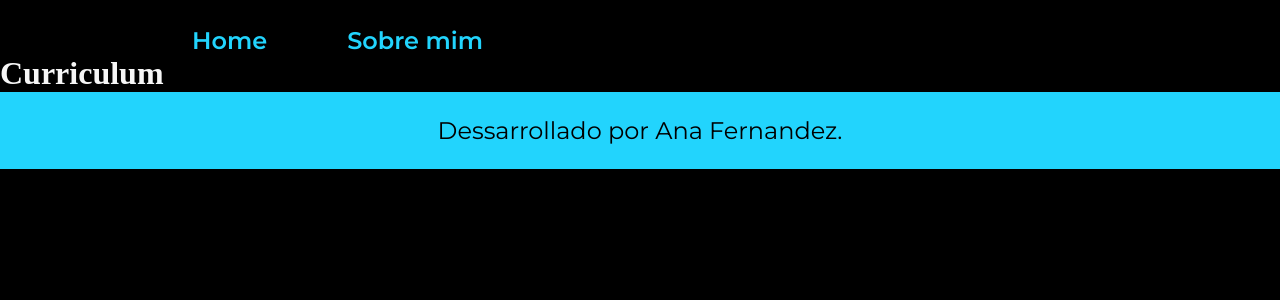
Repository: AnaFzCz/Portifolio-HTML-CSS-dinamico
Page: about.html
The author's editor kept a copy of each file at every save. The page is drawn from the files as they stood at one save, then again after the next save.
The browser window is 1280 px wide. The pictures show the whole page.
Some web fonts or font styles are not loaded; a fallback is used.

Above is the page before, as saved 2025-02-10 09:25:40.

### about.html
<!DOCTYPE html>
<html lang="en">

<head>
    <meta charset="UTF-8">
    <meta http-equiv="X-UA-Compatible" content="IE=edge">
    <meta name="viewport" content="width=device-width, initial-scale=1.0">
    <title>Sobre mim</title>
    <link rel="stylesheet" href="./styles/style.css">
</head>

<body>
    <header class="cabecalho">
        <nav class="cabecalho__menu">
            <a class="cabecalho__menu__link" href="index.html">Home</a>
            <a class="cabecalho__menu__link" href="about.html">Sobre mim</a>
        </nav>
    </header>
    <main>

        <h1>Curriculum</h1>


    </main>
    <footer class="rodape">
        <p>
            Dessarrollado por Ana Fernandez.
        </p>
    </footer>
</body>

</html>

### styles/style.css
@import url('https://fonts.googleapis.com/css2?family=Krona+One&family=Montserrat:wght@400;600&display=swap');

* {
    margin: 0;
    padding: 0;
}

body {
    /* height: 100vh; */
    box-sizing: border-box;
    background-color: #000000;
    color: #F6F6F6;
}

.titulo-destaque {
    color: #22D4FD;
}

.cabecalho {
    padding: 2% 0% 0% 15%;
}

.cabecalho__menu {
    display: flex;
    gap: 80px;
    /* justify-content: center;
    align-items: center; */
}

.cabecalho__menu__link {
    font-size: 24px;
    font-family: 'Montserrat', sans-serif;
    color: #22D4FD;
    font-weight: 600;
    text-decoration: none;
}



/* .cabecalho__menu__link:hover {
    color: #007bff;
}



.cabecalho__menu__link {
    padding: 10px 15px;
} */

.apresentacao {
    padding: 5% 15%;
    display: flex;
    align-items: center;
    justify-content: space-between;
}

.apresentacao__conteudo {
    width: 615px;
    display: flex;
    flex-direction: column;
    gap: 40px;
}

.apresentacao__conteudo__titulo {
    font-size: 36px;
    font-family: 'Krona One', sans-serif;
}

.apresentacao__conteudo__texto {
    font-size: 24px;
    font-family: 'Montserrat', sans-serif;
}

.apresentacao__links {
    display: flex;
    flex-direction: column;
    justify-content: space-between;
    align-items: center;
    gap: 32px;
}

.apresentacao__links__subtitulo {
    font-family: 'Krona One', sans-serif;
    font-weight: 400;
    font-size: 24px;
}

.apresentacao__links__link {
    /* background-color: #22D4FD; */
    display: flex;
    justify-content: center;
    gap: 16px;
    border: 2px solid #22D4FD;
    width: 378px;
    text-align: center;
    border-radius: 8px;
    font-size: 24px;
    font-weight: 600;
    padding: 21.5px 0;
    text-decoration: none;
    color: #F6F6F6;
    font-family: 'Montserrat', sans-serif;
}

.apresentacao__links__link:hover {
    cursor: pointer;
    background-color: #272727;
    border: 2px solid #0000FF;
}

.rodape {
    padding: 24px;
    color: #000000;
    background-color: #22D4FD;
    text-align: center;
    font-family: 'Montserrat', sans-serif;
    font-size: 24px;
    font-weight: 400;
}

After the next save:
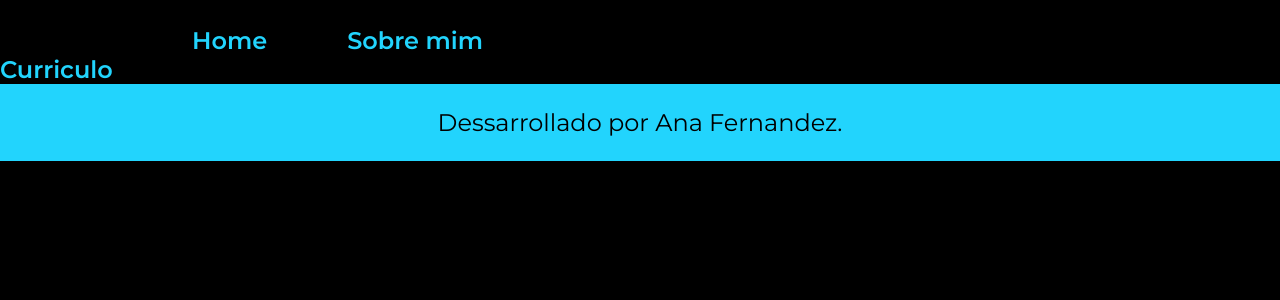
Saved 84 s later.
--- a/about.html
+++ b/about.html
@@ -18,8 +18,8 @@
     </header>
     <main>
 
-        <h1>Curriculum</h1>
-
+        <h1 class="cabecalho__menu__link">Curriculo</h1>
+        <p></p>
 
     </main>
     <footer class="rodape">
